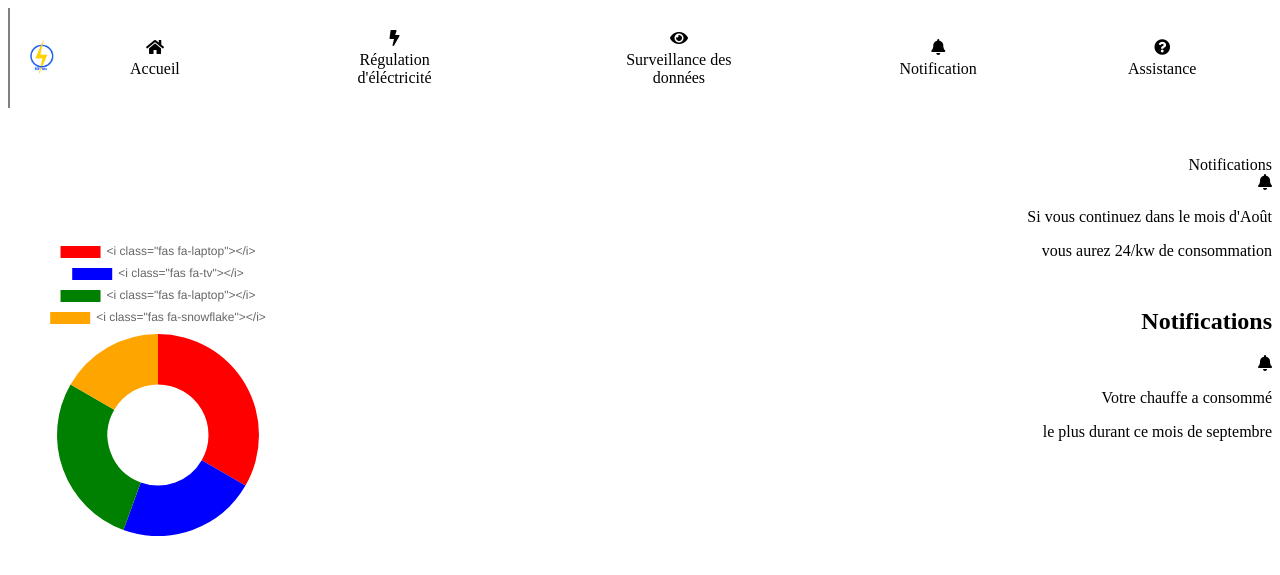
Repository: hamdia200/OSC-Ecowiz
Page: http://localhost/accueil
These files come from the project's save history. The page is drawn as it stood at one moment and after the next save; the edit follows.
The browser window is 1280 px wide. The pictures show the whole page.
The page is served by the project's Laravel application, run on PHP 8.4 with Laravel 10.

Above is the page before, as saved 2023-08-18 13:34:38.

After the next save:
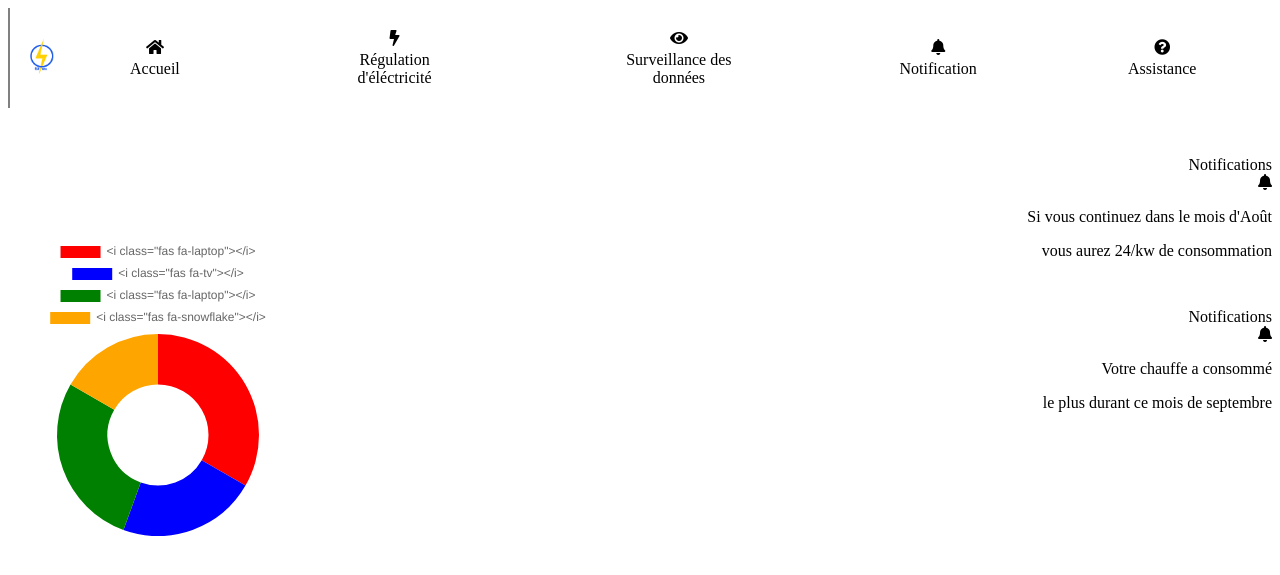
Saved 4 s later.
--- a/resources/views/accueil.blade.php
+++ b/resources/views/accueil.blade.php
@@ -56,7 +56,7 @@
                         </div>
 
                         <div class="notifications2">
-                            <h2>Notifications</h2>
+                            <div>Notifications</div>
                             <i class="fas fa-bell"></i>
                                 <p> Votre chauffe a consommé </p> <p> le plus durant ce mois de septembre </p>
                         </div>
